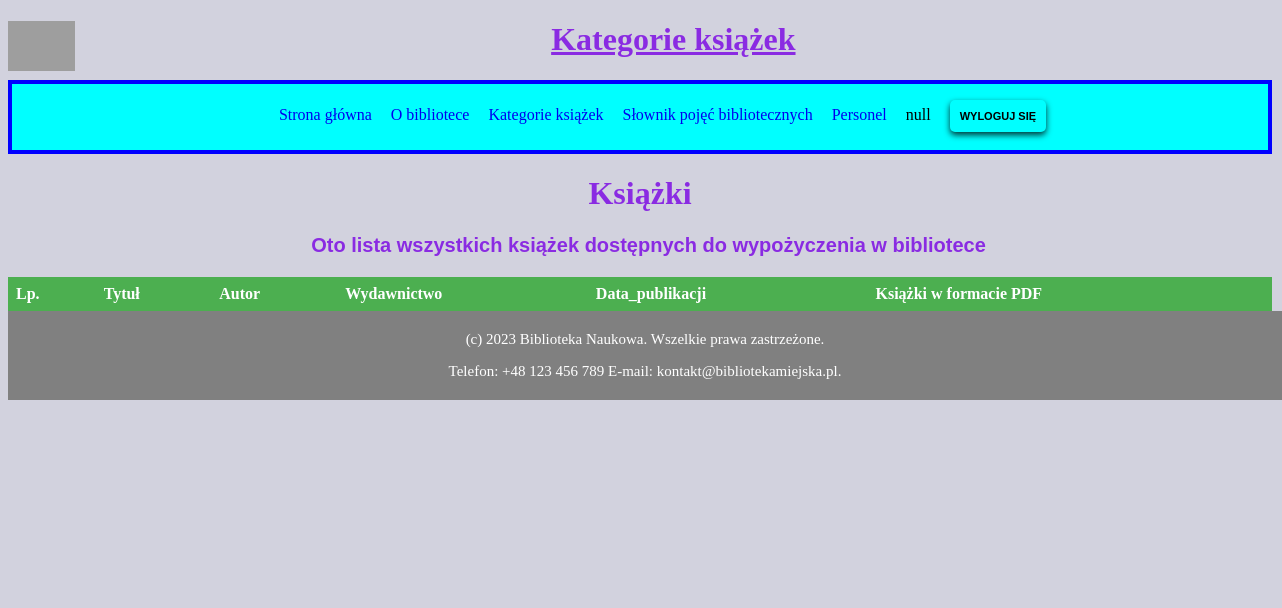
Repository: Dominik098/projekt
Page: http://localhost/biblioteka/C_Kategorie książek.jsp
An editor plug-in stored every save of this project. The page is shown before and after the next save, followed by the edit.
The browser window is 1280 px wide. The page is 1282 px wide, so the pictures cover 1282 px, including what lies to the right of the window. The pictures show the whole page.
Pictures or frames that could not be fetched are drawn as grey boxes. The page is served by Tomcat 9. Queries for data that is not in the repository find no rows.

Above is the page before, as saved 2023-04-28 07:15:49.

After the next save:
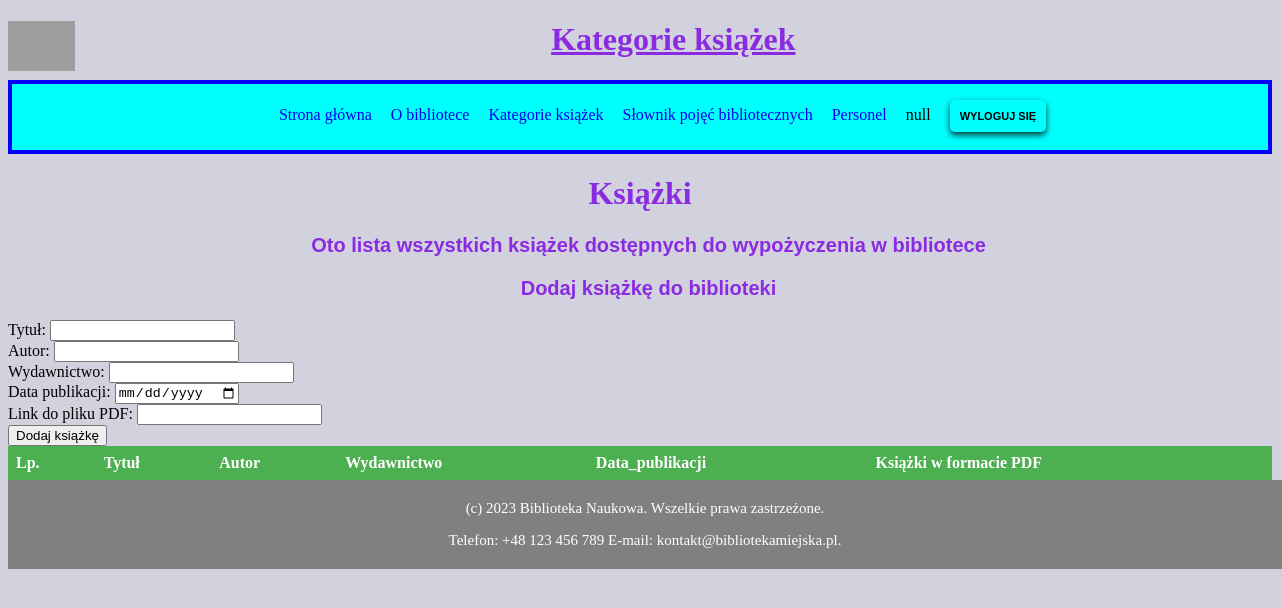
Saved 3 min 42 s later.
--- a/java projekt/biblioteka/src/main/webapp/C_Kategorie książek.jsp
+++ b/java projekt/biblioteka/src/main/webapp/C_Kategorie książek.jsp
@@ -50,6 +50,27 @@
 	<h1>Książki </h1>
 
     <h3>Oto lista wszystkich książek dostępnych do wypożyczenia w bibliotece </h3>
+    <h3>Dodaj książkę do biblioteki</h3>
+
+<form method="post" action="<%= request.getContextPath() %>/DodajKsiazke">
+    <label for="tytul">Tytuł:</label>
+    <input type="text" id="tytul" name="tytul" required>
+    <br>
+    <label for="autor">Autor:</label>
+    <input type="text" id="autor" name="autor" required>
+    <br>
+    <label for="wydawnictwo">Wydawnictwo:</label>
+    <input type="text" id="wydawnictwo" name="wydawnictwo" required>
+    <br>
+    <label for="data_publikacji">Data publikacji:</label>
+    <input type="date" id="data_publikacji" name="data_publikacji" required>
+    <br>
+    <label for="pdf_link">Link do pliku PDF:</label>
+    <input type="text" id="pdf_link" name="pdf_link" required>
+    <br>
+    <input type="submit" value="Dodaj książkę">
+</form>
+
 
     <table>
         <tr>
